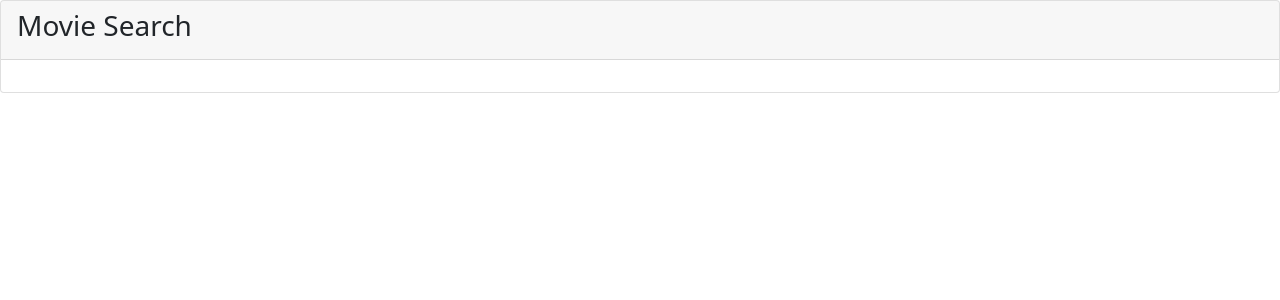
Repository: deepcloudlabs/dcl372-2022-jan-04
Page: imdb-boot/src/main/webapp/index.html
These files come from the project's save history. The page is drawn as it stood at one moment and after the next save; the edit follows.
The browser window is 1280 px wide. The pictures show the whole page.

Above is the page before, as saved 2022-01-04 19:08:26.

After the next save:
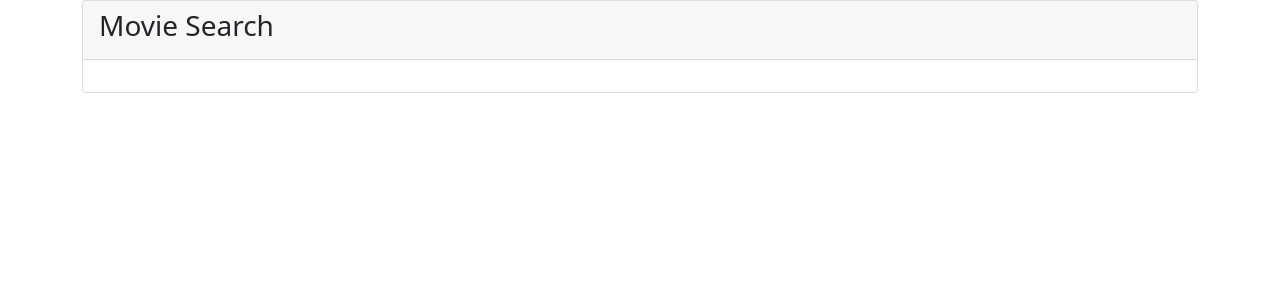
Saved 19 s later.
--- a/imdb-boot/src/main/webapp/index.html
+++ b/imdb-boot/src/main/webapp/index.html
@@ -2,9 +2,12 @@
 
 <head>
 	<title>Movie Search Page</title>
-	<link href="https://cdn.jsdelivr.net/npm/bootstrap@5.1.3/dist/css/bootstrap.min.css" rel="stylesheet" crossorigin="anonymous">
-<script src="https://cdn.jsdelivr.net/npm/bootstrap@5.1.3/dist/js/bootstrap.bundle.min.js" crossorigin="anonymous"></script>
+	<link href="https://cdn.jsdelivr.net/npm/bootstrap@5.1.3/dist/css/bootstrap.min.css" rel="stylesheet"
+		crossorigin="anonymous">
+	<script src="https://cdn.jsdelivr.net/npm/bootstrap@5.1.3/dist/js/bootstrap.bundle.min.js"
+		crossorigin="anonymous"></script>
 </head>
+<div class="container">
 	<div class="card">
 		<div class="card-header">
 			<h3><span class="card-title">Movie Search</span></h3>
@@ -12,6 +15,8 @@
 		<div class="card-body">
 		</div>
 	</div>
+</div>
+
 <body>
 
 </body>
